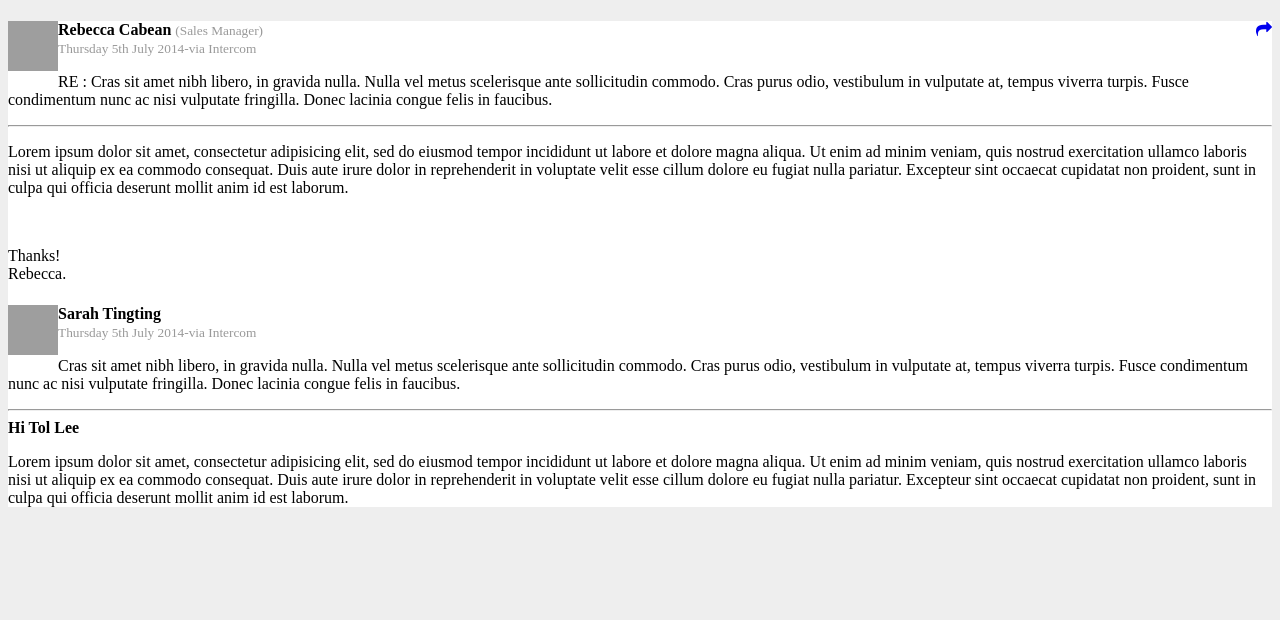
Repository: navang/JJAM_project
Page: http://localhost/jjam/WEB-INF/views/jjam_6_mypage_letter.jsp
These files come from the project's save history. The page is drawn as it stood at one moment and after the next save; the edit follows.
The browser window is 1280 px wide. The pictures show the whole page.
Pictures or frames that could not be fetched are drawn as grey boxes. Some web libraries are served in a nearby version. The page is served by Tomcat 9. Nobody is signed in. The template is opened directly, without the code that normally fills it, so the values that code supplies are empty.

Above is the page before, as saved 2019-07-20 05:01:51.

After the next save:
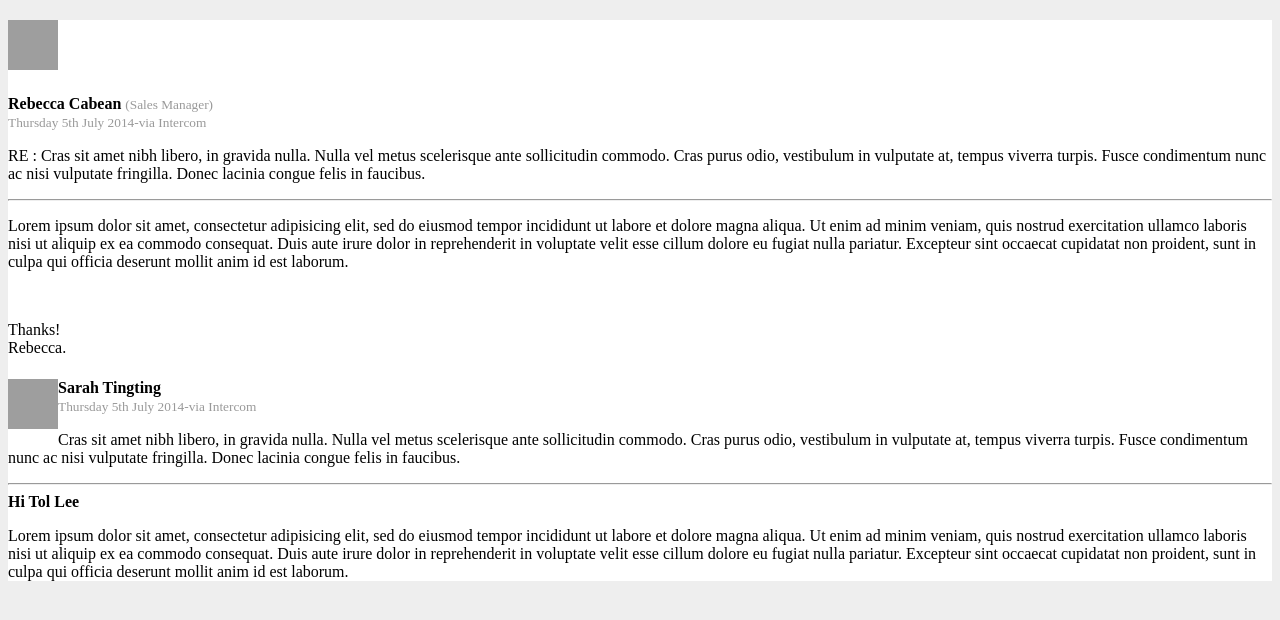
Saved 2 min 33 s later.
--- a/jjam/src/main/webapp/WEB-INF/views/jjam_6_mypage_letter.jsp
+++ b/jjam/src/main/webapp/WEB-INF/views/jjam_6_mypage_letter.jsp
@@ -133,7 +133,7 @@ background:#eee;
 
 </head>
 <body>
-<div class="container">
+<div class="container" style="">
 <div class="row message-wrapper rounded shadow mb-20">
 <!--     <div class="col-md-4 message"> -->
 <!--         <div class="panel"> -->
@@ -193,8 +193,8 @@ background:#eee;
         <div class="panel">
             <div class="panel-heading">
                 <div class="media">
-                    <a href="mail-compose.html" class="btn btn-danger pull-right rounded"><i class="fa fa-share"></i></a>
-                    <a class="pull-left" href="#">
+<!--                     <a href="mail-compose.html" class="btn btn-danger pull-right rounded"><i class="fa fa-share"></i></a> -->
+<!--                     <a class="pull-left" href="#"> -->
                         <img src="https://bootdey.com/img/Content/avatar/avatar1.png" alt="Rebecca Cabean" class="img-circle avatar">
                     </a>
                     <div class="media-body">
